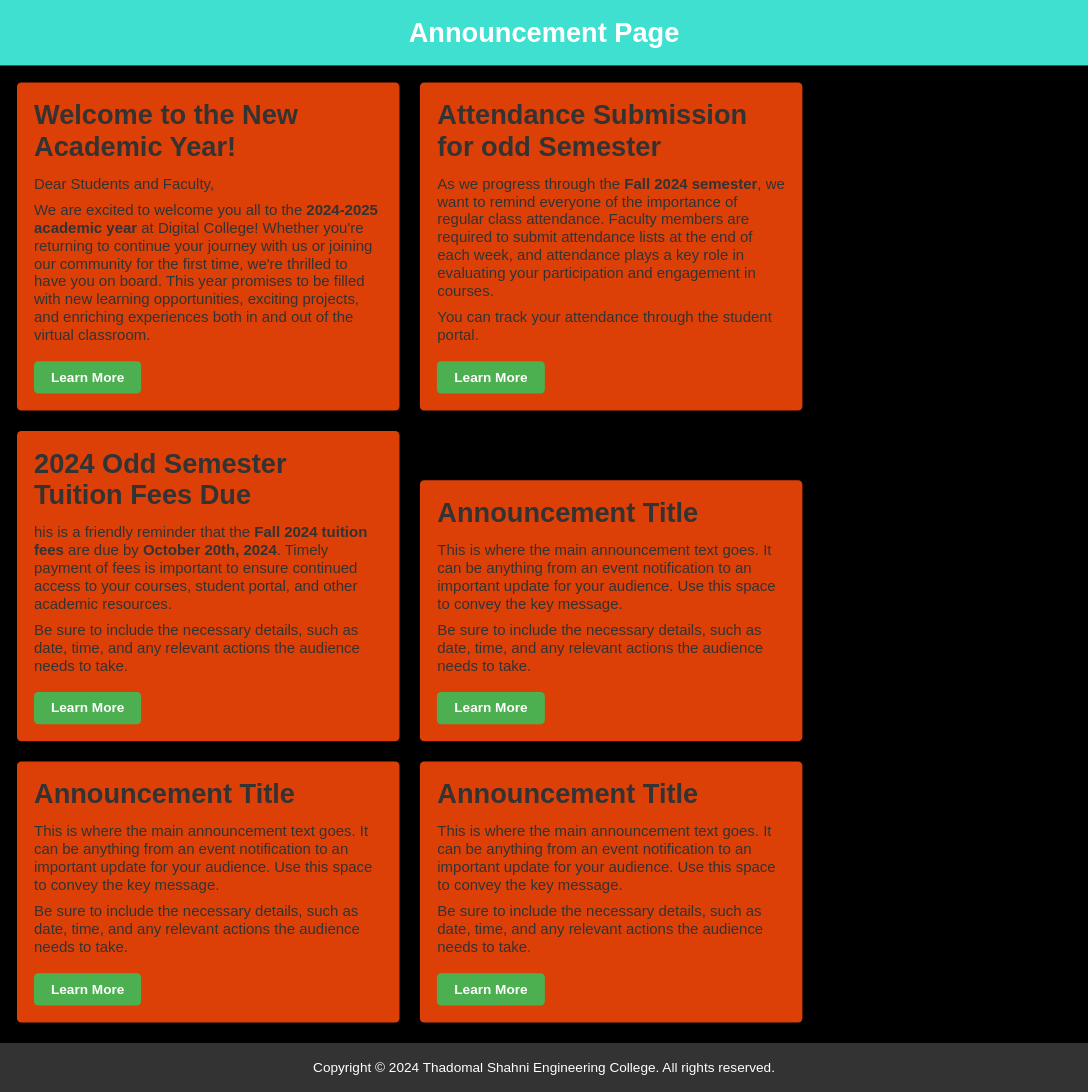
Repository: TejasS1233/MINITHON-hackathon-project
Page: annoucementpage.html
These files come from the project's save history. The page is drawn as it stood at one moment and after the next save; the edit follows.
The browser window is 1280 px wide. The pictures show the whole page, at 85% of full size.

Above is the page before, as saved 2024-09-20 09:43:00.

### annoucementpage.html
<!DOCTYPE html>
<html lang="en">
<head>
    <meta charset="UTF-8">
    <meta name="viewport" content="width=device-width, initial-scale=1.0">
    <meta http-equiv="X-UA-Compatible" content="ie=edge">
    <title>Announcement Page</title>
    <link rel="stylesheet" href="styles.css">
</head>
<body>

    <div class = "announcement-heading">
        <h1>Announcement Page</h1>
    </div>

    <div class="announcement-grid">
    <div class="announcement">
        <h2>Welcome to the New Academic Year!</h2>
        <p>
            Dear Students and Faculty,
        </p>
        <p>
            We are excited to welcome you all to the <strong>2024-2025 academic year</strong> at Digital College!
        Whether you're returning to continue your journey with us or joining our community for the first time,
        we're thrilled to have you on board. This year promises to be filled with new learning opportunities,
        exciting projects, and enriching experiences both in and out of the virtual classroom.
        </p>
        <a href="#" class="cta-button">Learn More</a>
    </div>
    <div class="announcement">
        <h2>Attendance Submission for odd Semester</h2>
        <p>
            As we progress through the <strong>Fall 2024 semester</strong>, we want to remind everyone of the importance of
            regular class attendance. Faculty members are required to submit attendance lists at the end of each week,
            and attendance plays a key role in evaluating your participation and engagement in courses.
        </p>
        <p>
            You can track your attendance through the student portal.
        </p>
        <a href="#" class="cta-button">Learn More</a>
    </div>
    <div class="announcement">
        <h2>2024 Odd Semester Tuition Fees Due</h2>
        <p>
            his is a friendly reminder that the <strong>Fall 2024 tuition fees</strong> are due by <strong>October 20th, 2024</strong>.
            Timely payment of fees is important to ensure continued access to your courses, student portal, and other academic resources.
        </p>
        <p>
            Be sure to include the necessary details, such as date, time, and any relevant actions the
            audience needs to take.
        </p>
        <a href="#" class="cta-button">Learn More</a>
    </div>
    <div class="announcement">
        <h2>Announcement Title</h2>
        <p>
            This is where the main announcement text goes. It can be anything from an event notification to
            an important update for your audience. Use this space to convey the key message.
        </p>
        <p>
            Be sure to include the necessary details, such as date, time, and any relevant actions the
            audience needs to take.
        </p>
        <a href="#" class="cta-button">Learn More</a>
    </div>
    <div class="announcement">
        <h2>Announcement Title</h2>
        <p>
            This is where the main announcement text goes. It can be anything from an event notification to
            an important update for your audience. Use this space to convey the key message.
        </p>
        <p>
            Be sure to include the necessary details, such as date, time, and any relevant actions the
            audience needs to take.
        </p>
        <a href="#" class="cta-button">Learn More</a>
    </div>
    <div class="announcement">
        <h2>Announcement Title</h2>
        <p>
            This is where the main announcement text goes. It can be anything from an event notification to
            an important update for your audience. Use this space to convey the key message.
        </p>
        <p>
            Be sure to include the necessary details, such as date, time, and any relevant actions the
            audience needs to take.
        </p>
        <a href="#" class="cta-button">Learn More</a>
    </div>
</div>

    <footer>
        <p> Copyright &copy; 2024 Thadomal Shahni Engineering College. All rights reserved.</p>
    </footer>
</body>
</html>

### styles.css
* {
    margin: 0;
    padding: 0;
    box-sizing: border-box;
}

body {
    font-family: 'Arial', sans-serif;
    background-color: black;
    color: #333;
}


.announcement-heading {
    background-color: turquoise;
    color: white;
    padding: 20px 0;
    text-align: center;
    margin-bottom: 20px;
}

.class announcement-grid
{
    display: grid;
    grid-template-columns: repeat(auto-fit, minmax(450px, 1fr));
    gap: 20px;
    padding: 20px;
    margin-bottom: 20px;
    position: absolute;
}

.announcement {
    background-color: rgb(220, 64, 7);
    padding: 20px;
    border-radius: 5px;
    box-shadow: 0 2px 10px rgba(0, 0, 0, 0.5);
    margin-bottom: 20px;
    margin-left: 20px;
    max-width: 450px;
    display: inline-block;
    position: relative;
    overflow: hidden;
}

.announcement h2 {
    font-size: 2em;
    margin-bottom: 15px;
}

.announcement p {
    margin-bottom: 10px;
    font-size: 1.1em;
}

.cta-button {
    display: inline-block;
    background-color: #4CAF50;
    color: white;
    padding: 10px 20px;
    text-decoration: none;
    border-radius: 5px;
    margin-top: 10px;
    font-weight: bold;
    transition: background-color 1s;
}

.cta-button:hover {
    background-color: #45a049;
    cursor: pointer;
}


footer {
    text-align: center;
    padding: 20px 0;
    background-color: #333;
    color: white;
    position: relative;
    width: 100%;
    bottom: 0;
}

After the next save:
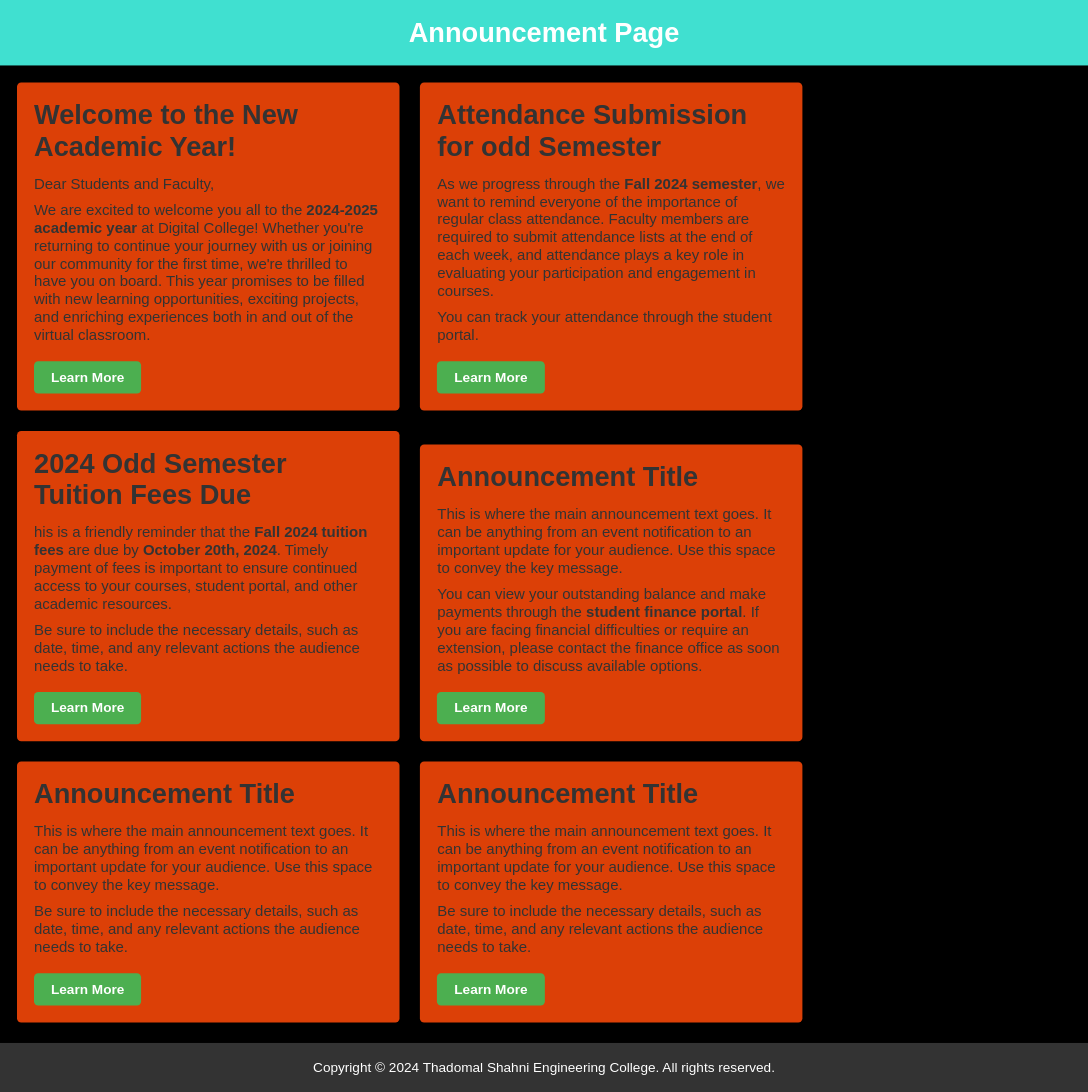
Saved 29 s later.
--- a/annoucementpage.html
+++ b/annoucementpage.html
@@ -58,8 +58,9 @@
             an important update for your audience. Use this space to convey the key message.
         </p>
         <p>
-            Be sure to include the necessary details, such as date, time, and any relevant actions the
-            audience needs to take.
+            You can view your outstanding balance and make payments through the <strong>student finance portal</strong>.
+        If you are facing financial difficulties or require an extension, please contact the finance office as soon as possible
+        to discuss available options.
         </p>
         <a href="#" class="cta-button">Learn More</a>
     </div>
